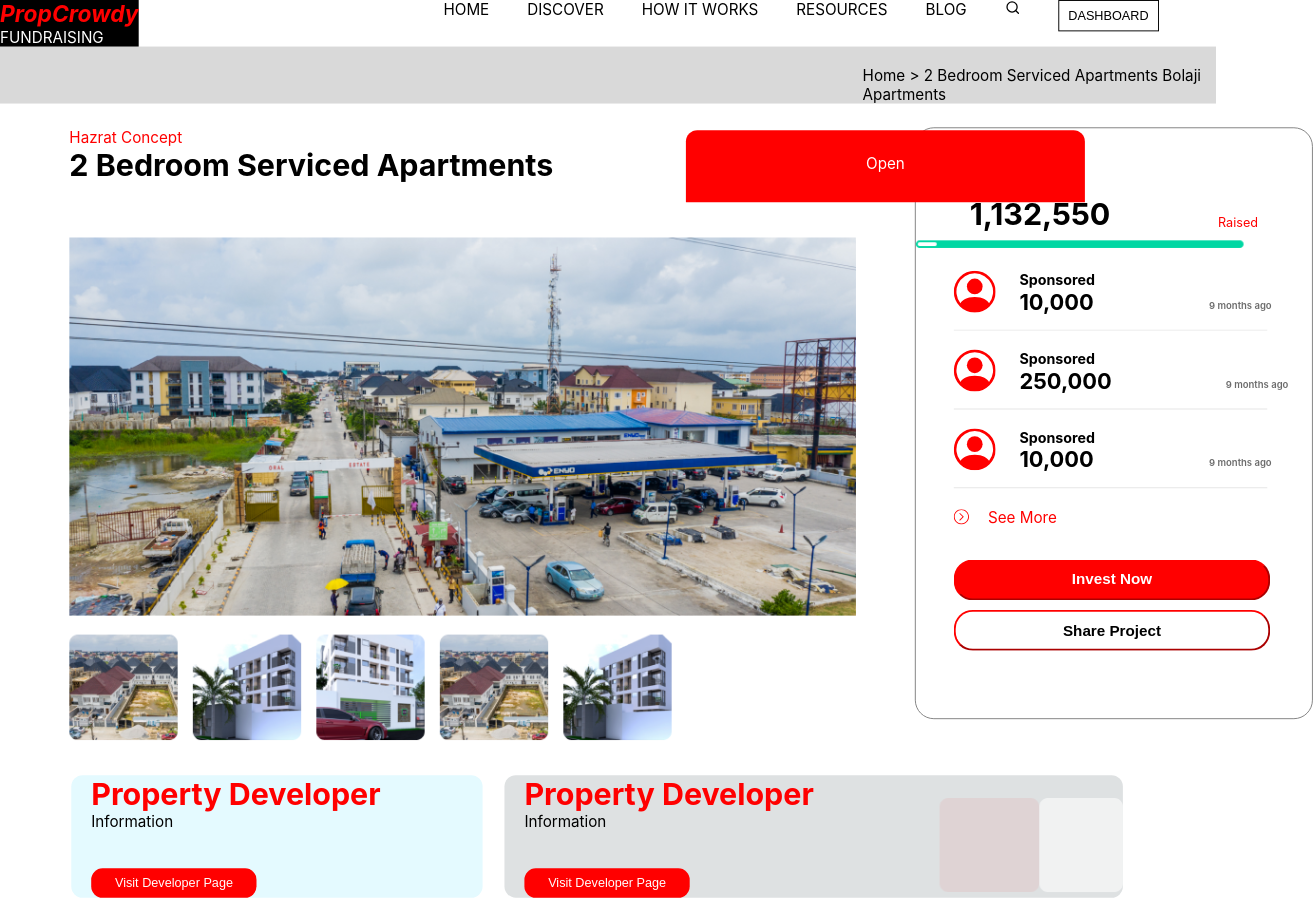
Repository: uh-sman/Popcrowdy
Page: /
An editor plug-in stored every save of this project. The page is shown before and after the next save, followed by the edit.
The browser window is 1280 px wide. The page is 1382 px wide, so the pictures cover 1382 px, including what lies to the right of the window. The pictures show the whole page, at 95% of full size.
The project was rebuilt for these pictures with package versions that can differ from the ones it lists, and the page was loaded fresh each time.

Above is the page before, as saved 2022-11-13 20:07:51.

After the next save:
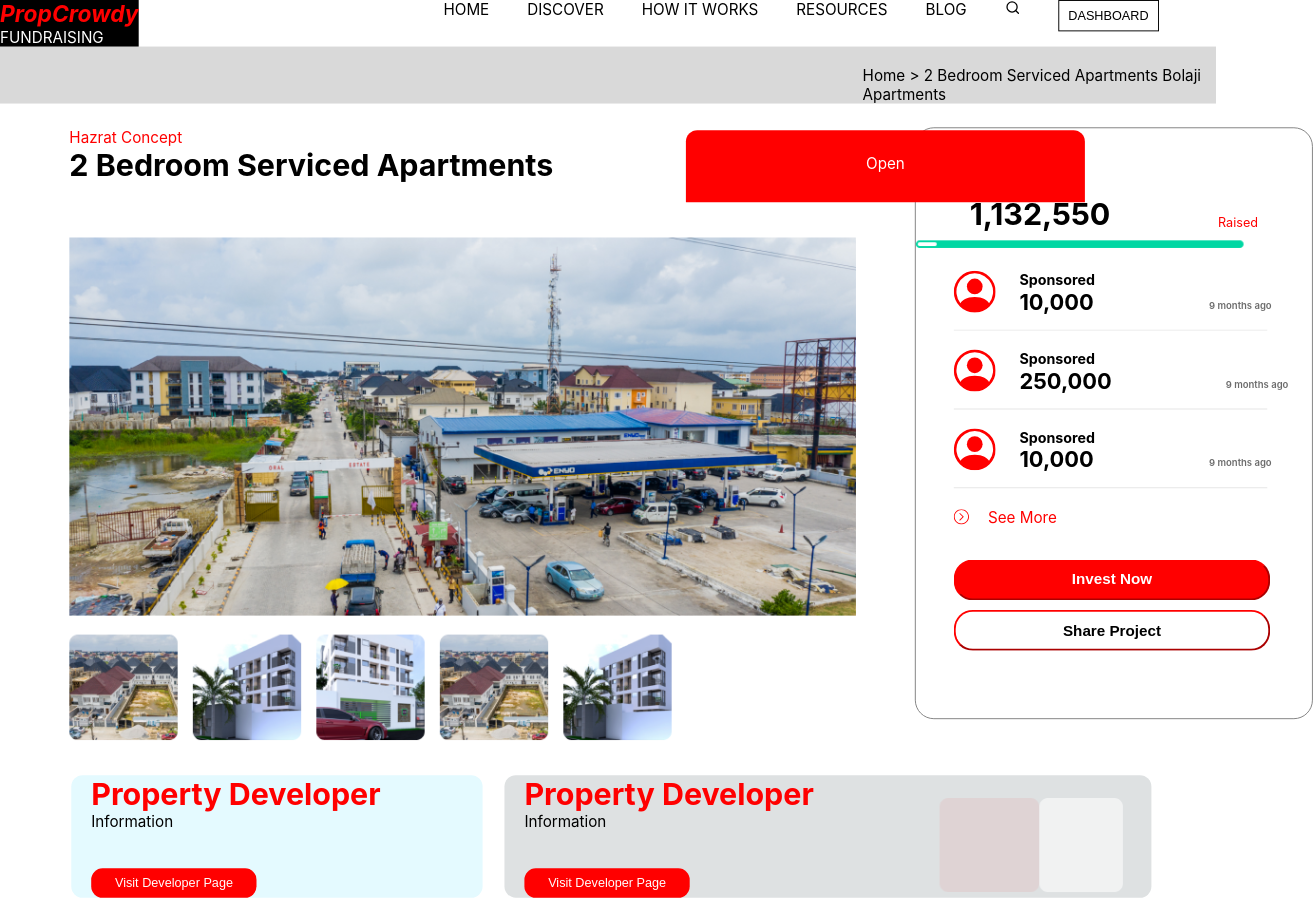
Saved 12 s later.
--- a/src/components/Section/subcard.css
+++ b/src/components/Section/subcard.css
@@ -13,5 +13,5 @@
   margin-left: 25px;
 }
 .box2 {
-  margin-right: ;
+  margin-right: 30px;
 }
